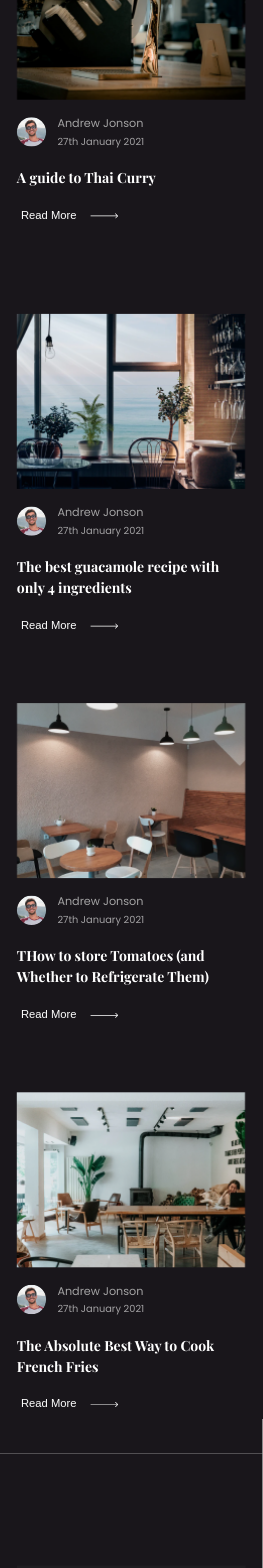
Repository: Minns-Cao/project-finsweet
Page: blog.html
An editor plug-in stored every save of this project. The page is shown before and after a run of saves, followed by the edit.
The browser window is 375 px wide. The pictures show the part of the page from y = 2329 to 4569 px (the page is 5871 px tall), at 70% of full size.
Some web fonts or font styles are not loaded; a fallback is used.

Above is the page before, as saved 2023-05-05 10:46:06.

After the next 3 saves:
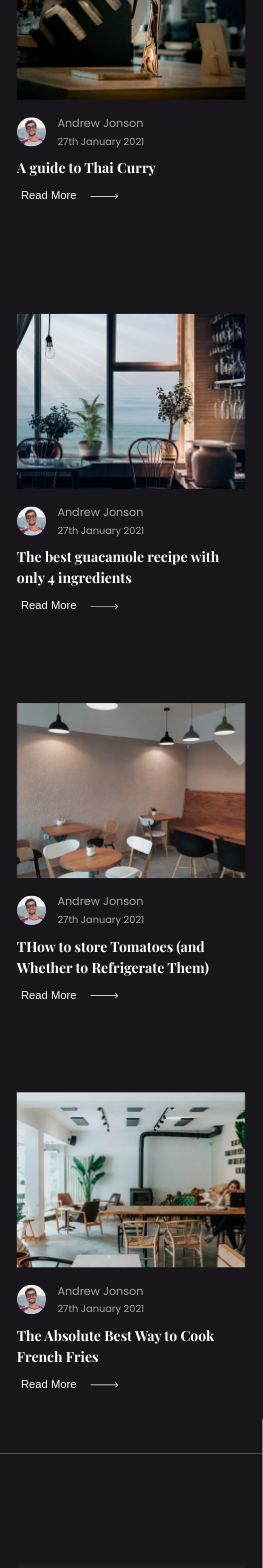
The 3 saves are shown as one change because they came seconds apart.
The last was saved 43 s later.
--- a/assets/css/style_blog.css
+++ b/assets/css/style_blog.css
@@ -324,4 +324,8 @@
         padding-top: 20px;
 
     }
-}
+
+    .articles .item .container .heading {
+        margin: 10px 0;
+    }
+}
